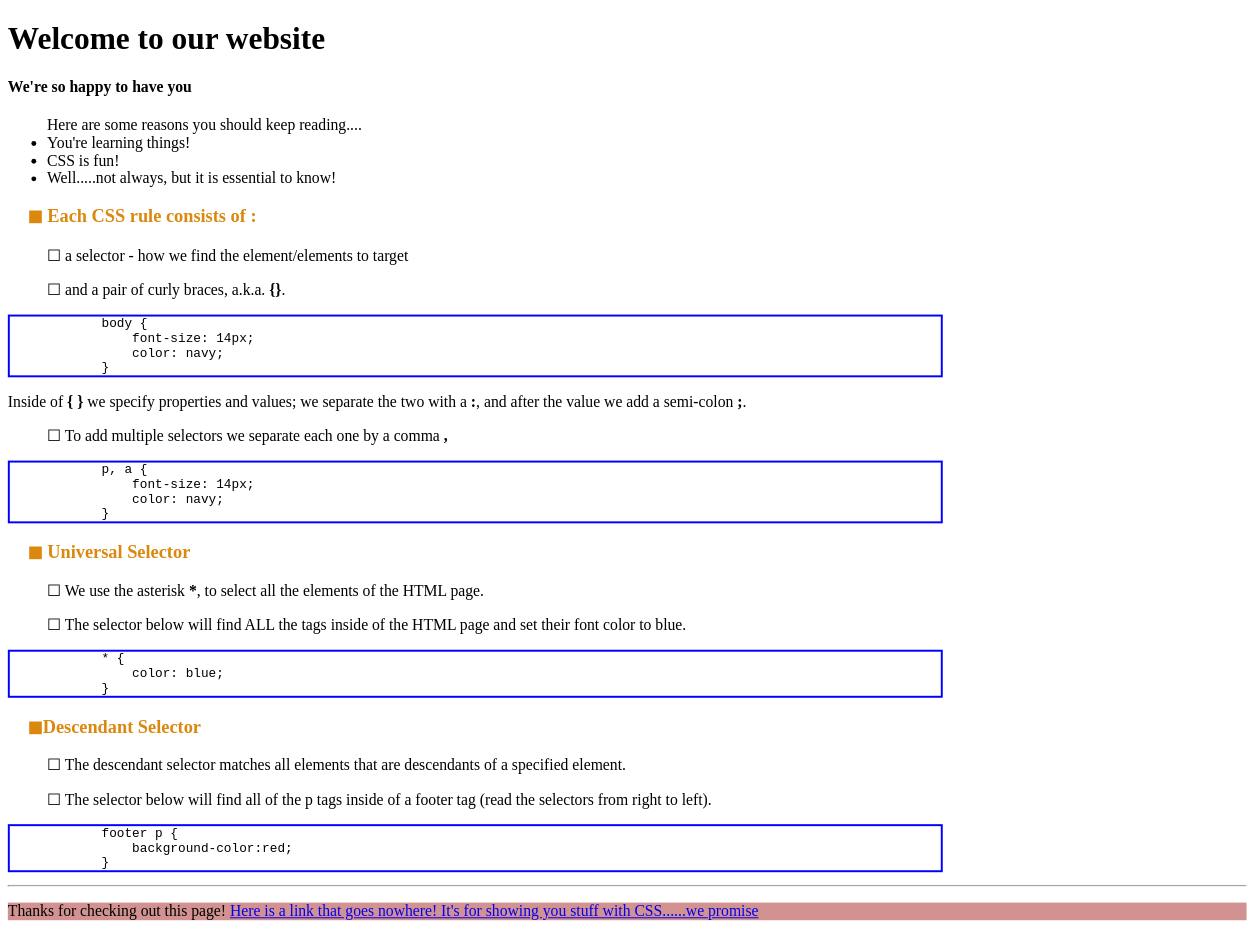
Repository: AnnaSpirit/Tests__
Page: CSS/Useful_Selectors.html
These files come from the project's save history. The page is drawn as it stood at one moment and after the next save; the edit follows.
The browser window is 1280 px wide. The pictures show the whole page, at 98% of full size.

Above is the page before, as saved 2024-04-01 17:29:51.

### CSS/Useful_Selectors.html
<!DOCTYPE html>
<html lang="en">
<head>
    <meta charset="UTF-8">
    <meta name="viewport" content="width=device-width, initial-scale=1.0">
    <title>Useful Selectors</title>
    <link rel="stylesheet" href="style_Selectors.css">
</head>
<body>
    <header>
        <h1>Welcome to our website</h1>
        <h4>We're so happy to have you</h4>
    </header>
    <section>
        <ul> Here are some reasons you should keep reading....
            <li>You're learning things!</li>
            <li>CSS is fun!</li>
            <li>Well.....not always, but it is essential to know!</li>
        </ul>
    </section>
    <section>
        <h3 style="padding-left: 20px;"> &#9724; Each CSS rule consists of :</h3>
            <p style="padding-left: 40px;"> &#9744; a selector - how we find the element/elements to target</p>
            <p style="padding-left: 40px;"> &#9744; and a pair of curly braces, a.k.a. <b>{}</b>.</p>
    <span >
        <pre style="border: 2px solid blue; margin-right: 310px">
            body {
                font-size: 14px;
                color: navy;
            }</pre></span>
    <p>Inside of <b>{ }</b> we specify properties and values; we separate the two with a <b>:</b>, and after the value we add a semi-colon <b>;</b>.</p>
            <p style="padding-left: 40px;"> &#9744; To add multiple selectors we separate each one by a comma <b>,</b></p>
    <span>
        <pre style="border: 2px solid blue; margin-right: 310px">
            p, a {
                font-size: 14px;
                color: navy;
            }</pre>
        </span>
        <h3 style="padding-left: 20px;"> &#9724; Universal Selector</h3>
        <p style="padding-left: 40px;">&#9744; We use the asterisk <b>*</b>, to select all the elements of the HTML page.</p>
        <p style="padding-left: 40px;">&#9744; The selector below will find ALL the tags inside of the HTML page and set their font color to blue.</p>
    <span>
        <pre style="border: 2px solid blue; margin-right: 310px">
            * {
                color: blue;
            }</pre>
    </span>
    <h3 style="padding-left: 20px;"> &#9724;Descendant Selector</h3>
    <p style="padding-left: 40px;">&#9744; The descendant selector matches all elements that are descendants of a specified element.</p>
    <p style="padding-left: 40px;">&#9744; The selector below will find all of the p tags inside of a footer tag (read the selectors from right to left).</p>
    <span>
        <pre style="border: 2px solid blue; margin-right: 310px">
            footer p {
                background-color:red;
            }</pre>
    </span>
    </section>
    <hr>
    <footer>

        <p>
            Thanks for checking out this page!
            <a href="#">Here is a link that goes nowhere! It's for showing you stuff with CSS......we promise</a>
        </p>
    </footer>
</body>
</html>

### CSS/style_Selectors.css
/* Universal Selector */
/* * {
    color: brown;
} */
footer p {
    background-color: rgb(211, 146, 146);
}
h3{
    color: rgb(218, 137, 14);

}

After the next save:
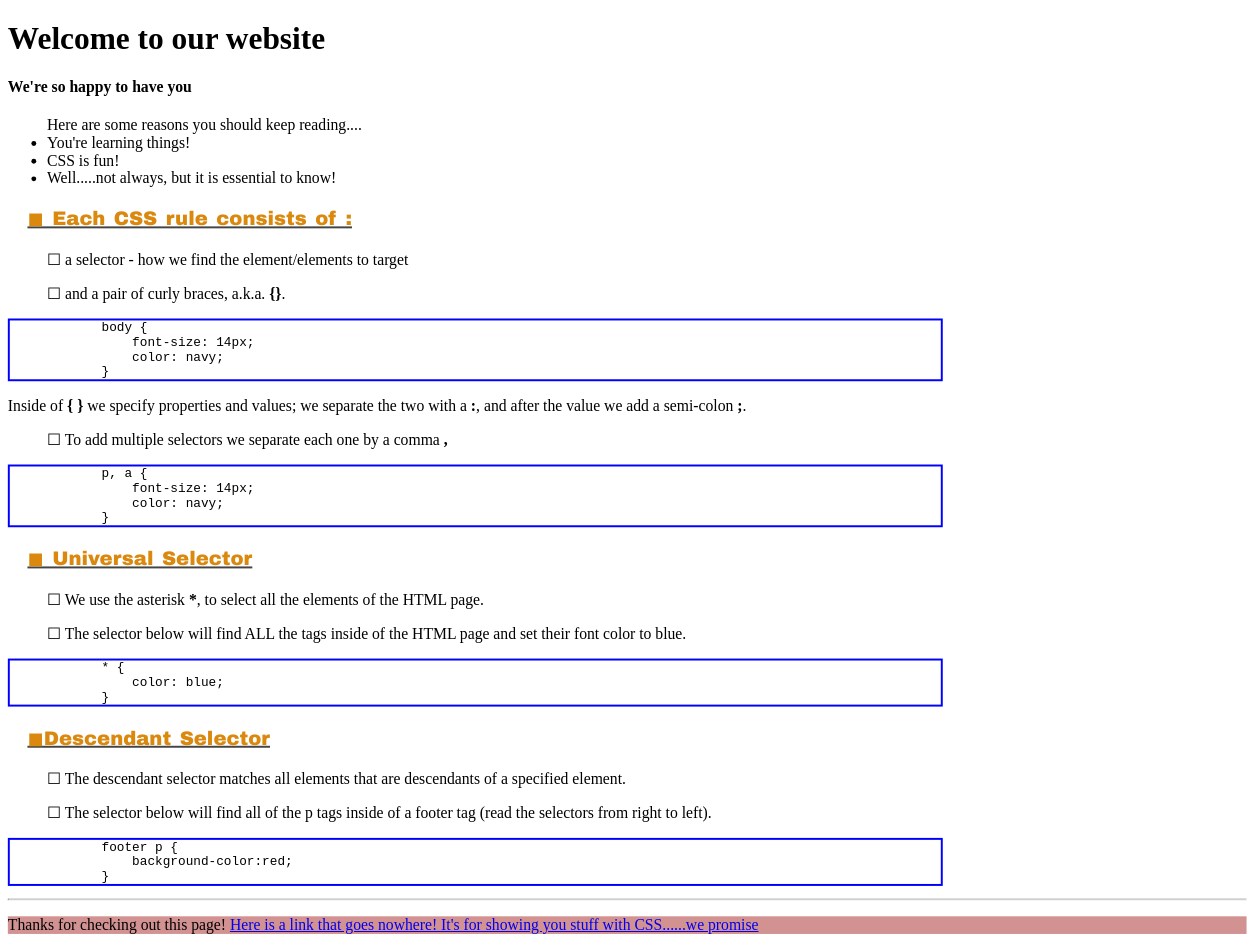
Saved 3 min 25 s later.
--- a/CSS/style_Selectors.css
+++ b/CSS/style_Selectors.css
@@ -7,5 +7,15 @@ footer p {
 }
 h3{
     color: rgb(218, 137, 14);
+    font-family: "Arial Black", Gadget, sans-serif;
+        font-size: 20px;
+        letter-spacing: 0px;
+        word-spacing: 2px;
+        color: #DA890E;
+        font-weight: normal;
+        text-decoration: underline rgb(68, 68, 68);
+        font-style: normal;
+        font-variant: normal;
+        text-transform: none;
 
 }
